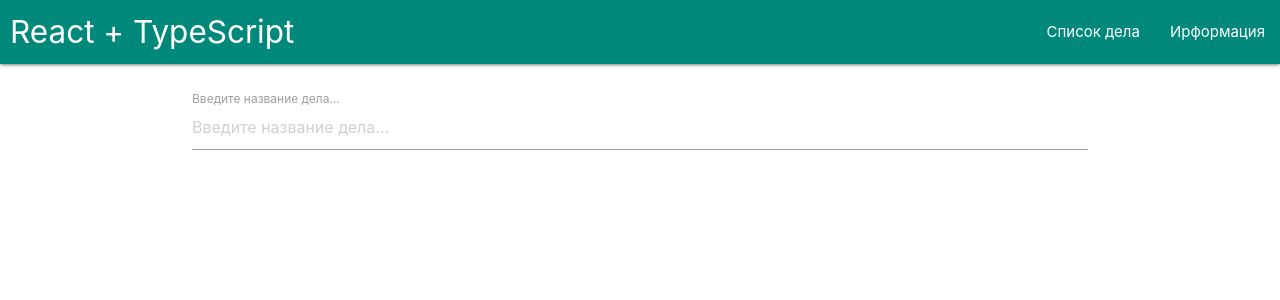
Repository: frostnn/TodoForm
Page: /
The author's editor kept a copy of each file at every save. The page is drawn from the files as they stood at one save, then again after the next save.
The browser window is 1280 px wide. The pictures show the whole page.
The project was rebuilt for these pictures with package versions that can differ from the ones it lists, and the page was loaded fresh each time.

Above is the page before, as saved 2020-05-27 11:24:47.

### src/index.css
body {
  margin: 0;
  font-family: -apple-system, BlinkMacSystemFont, 'Segoe UI', 'Roboto', 'Oxygen',
    'Ubuntu', 'Cantarell', 'Fira Sans', 'Droid Sans', 'Helvetica Neue',
    sans-serif;
  -webkit-font-smoothing: antialiased;
  -moz-osx-font-smoothing: grayscale;
}

code {
  font-family: source-code-pro, Menlo, Monaco, Consolas, 'Courier New',
    monospace;
}
.nav-wrapper {
  padding-left: 10px;
}
.input-field {
  margin-top: 40px;
}

### src/App.tsx
import React from 'react';
import NavBar from './components/NavBar';
import TodoForm from './components/TodoForm';


const App: React.FunctionComponent = () => {
  return (
    <>
      <NavBar/>
      <div className="container">

      <TodoForm/>

      </div>
    </>
  );
}

export default App;

### src/components/NavBar.tsx
import React from 'react';

const NavBar: React.FunctionComponent = () => {
  return (
    <nav>
      <div className="nav-wrapper teal darken-1">
        <a href="/" className="brand-logo">React + TypeScript</a>
        <ul className="right hide-on-med-and-down">
          <li>
            <a href="/">Список дела</a>
          </li>
          <li>
            <a href="/">Ирформация</a>
          </li>
        </ul>
      </div>
  </nav>
  );
}

export default NavBar;

### src/components/TodoForm.tsx
import React from 'react';



const TodoForm: React.FunctionComponent = () => {
  return (
    <>

      <div className="input-field">
        <input type="text" id="title" placeholder="Введите название дела..."/>
        <label htmlFor="title" className="active">
          Введите название дела...
        </label>


      </div>
    </>
  );
}

export default TodoForm;

Loaded but not shown: public/index.html (common file); src/index.tsx (common file); src/serviceWorker.ts (common file)

After the next save:
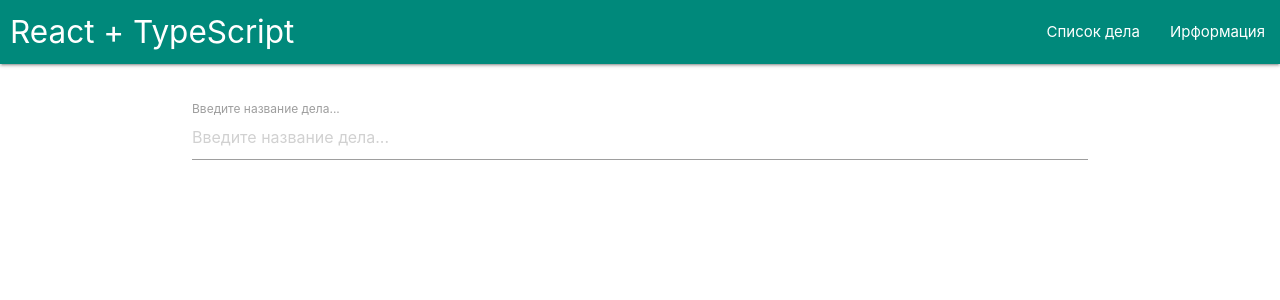
Saved 10 s later.
--- a/src/index.css
+++ b/src/index.css
@@ -15,5 +15,5 @@ code {
   padding-left: 10px;
 }
 .input-field {
-  margin-top: 40px;
+  margin-top: 50px;
 }
